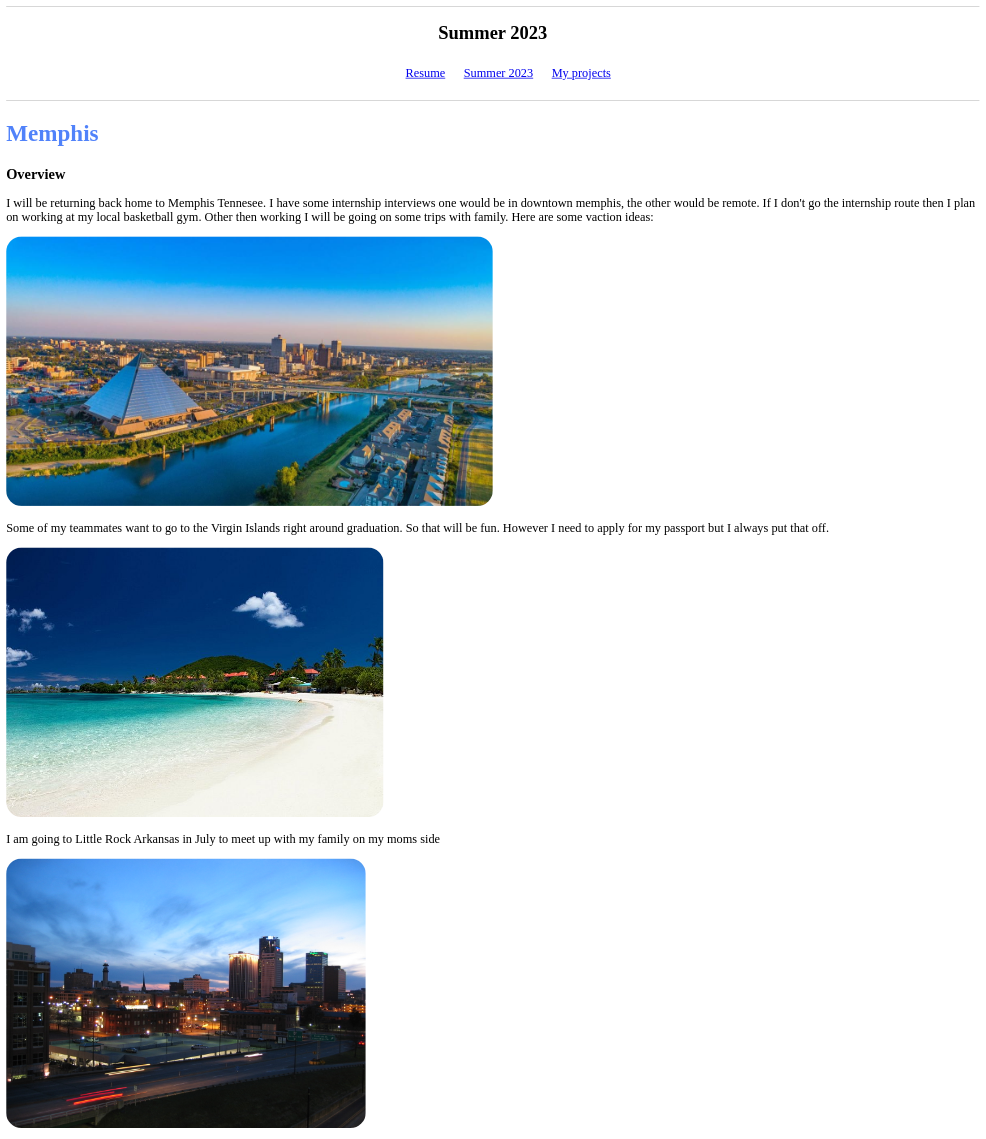
Repository: kayacancode/itm361project1
Page: summer2023.html
These files come from the project's save history. The page is drawn as it stood at one moment and after the next save; the edit follows.
The browser window is 1280 px wide. The pictures show the whole page, at 77% of full size.
Some web fonts or font styles are not loaded; a fallback is used.

Above is the page before, as saved 2023-03-04 13:55:24.

After the next save:
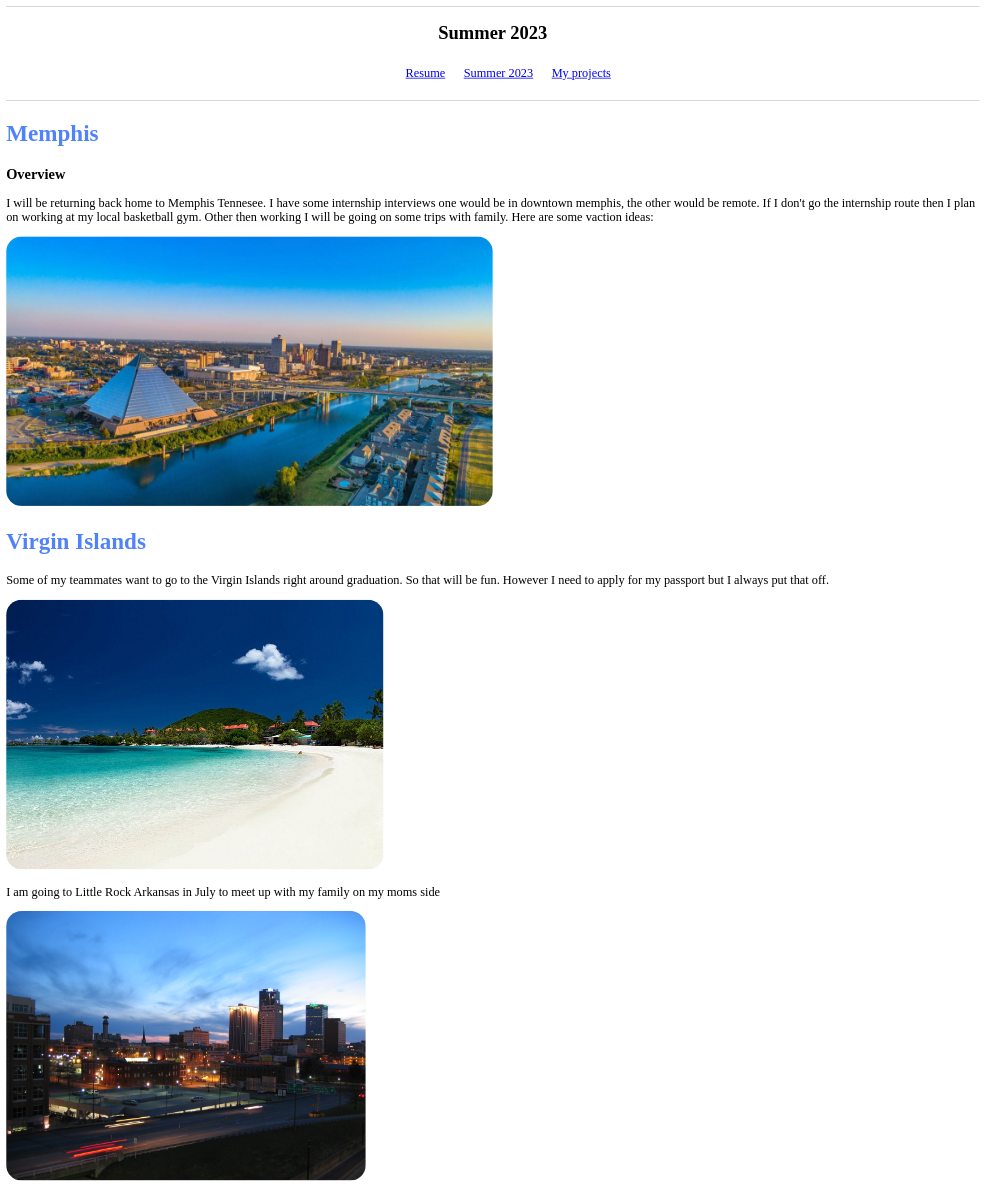
Saved 39 min 2 s later.
--- a/summer2023.html
+++ b/summer2023.html
@@ -32,6 +32,7 @@
     />
 
     <section>
+      <h2>Virgin Islands</h2>
     <p>
       Some of my teammates want to go to the Virgin Islands right around
       graduation. So that will be fun. However I need to apply for my passport
